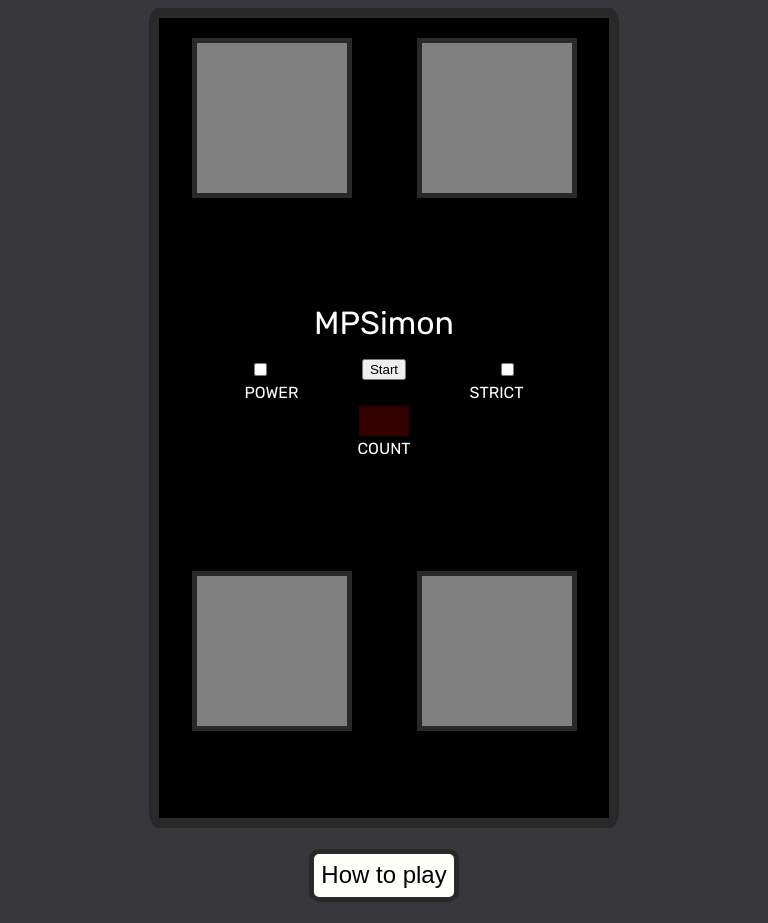
Repository: Neilfoster/MPSimon
Page: index.html
The author's editor kept a record of every edit. The page is drawn from the files as they stood at one moment, then again after the next edit.
The browser window is 768 px wide. The pictures show the whole page.

Above is the page before.

### index.html
<!DOCTYPE html>

<html>

<head>
    <meta charset="UTF-8">
    <meta http-equiv="X-UA-Compatible" content="IE=edge,chrome=1">
    <meta name="viewport" content="width=device-width,initial-scale=1">
    <link href="https://fonts.googleapis.com/css?family=Rubik&display=swap" rel="stylesheet">
    <title>MPSimon</title>
    <link rel="stylesheet" href="css/style.css">
    <audio id="clip1">
      <source src="audio/hat.mp3"></source>
    </audio>
    <audio id="clip2">
      <source src="audio/kick.mp3"></source>
    </audio>
    <audio id="clip3">
      <source src="audio/snare1.mp3"></source>
    </audio>
    <audio id="clip4">
      <source src="audio/snare2.mp3"></source>
    </audio>
</head>

<body>
    <div class="header">
        <h2 class="head-title">MPSimon</h2>
        <p>The MPSimon game is a take on the Simon game and the iconic MPC drum
        machine in which players must repeat random sequences of lights and drum
        samples by pressing the drum pads in the correct order. It's fast-paced
        play, with lights and sounds that can challenge you. </p>
    </div>
    <div id="outer-box">
        <div id="top-row">
            <div id="top-left"></div>
            <div id="top-right"></div>
        </div>
        <div id="inner-box">
            <div id="title" class="text-effect">MPSimon</div>
            <div id="switches">
                <input type="checkbox" class="toggle" id="on">
                <button type="button" id="start">Start</button>
                <input type="checkbox" class="toggle" id="strict">
            </div>
            <div class="text1">
                <span>POWER</span>
                <span>STRICT</span>
            </div>
            <div id="turn"></div>
            <div class="text2">
                COUNT
            </div>
        </div>
        <div id="bottom-row">
            <div id="bottom-left"></div>
            <div id="bottom-right"></div>
        </div>
    </div>

    <div class="rules">
        <button id="modalBtn" class="button">How to play</button>
        <div id="ruleModal" class="modal">
            <div class="modal-content">
                <div class="modal-header">
                    <span class="closeBtn">&times;</span>
                    <h2>How To Play</h2>
                </div>
                <div class="modal-body">
                    <ul>
                        <li>Turn the game on by selecting the power button and then pressing start.</li>
                        <li>MPSimon will give the first signal.</li>
                        <li>Repeat the signal by pressing the same pad.</li>
                        <li>MPSIMON will duplicate the first sound and will add one.</li>
                        <li>Repeat these two sounds by pressing the same pads.</li>
                        <li>MPSIMON will duplicate these first two sounds and add one.</li>
                        <li>Continue in this manner as long as you can repeat each sequence of sound correctly.</li>
                        <li>If you cannot repeat the sequence correctly , MPSIMON will repeat the sequence again until you can.</li>
                        <li>Selecting STRICT mode resets the pattern to the beginning if you get the sequence wrong.</li>
                        <li>To win the game repeat the sequence until it reaches 20 consecutive sounds.</li>
                    </ul>
                </div>
            </div>
        </div>
    </div>
    <script src="js/index.js"></script>
</body>

</html>

### css/style.css
body {
  color:white;
  font-family: 'Rubik', sans-serif;
  line-height: 1.6;
  /*background-image: url("../images/image-2.jpg");*/
  background-color:#37373c;
  background-position: center;
  background-repeat: no-repeat;
  background-size: cover;
}
.header{
  margin:2% 20%;
  padding: 0 5% 1% 5% ;
  border-radius: 10px;
  background: rgba(0,0,0,0.7);
}
.head-title{
  text-align:center;
  font-size:2rem;
  font-family: 'Rubik', sans-serif;
}
#outer-box {
  border: 10px solid #292929 ;
  border-radius: 2%;
  height:550px;
  width:550px;
  margin: auto;
  background-color: black
}
#top-row{
  display: flex;
  flex-direction: row;
  justify-content: space-around;
  margin-top:20px;
}
#bottom-row{
  display: flex;
  flex-direction: row;
  justify-content: space-around;
  margin-top:20px;
}
#inner-box{
  display: flex;
  flex-direction: column;
  justify-content: center;
}
#switches{
  display: flex;
  flex-direction: row;
  justify-content: center;
  }
#top-left {
  border:5px solid #292929;
  height:150px;
  width: 150px;
  background-color: grey;
}
#top-right {
  border: 5px solid #292929;
  height:150px;
  width: 150px;
  background-color: grey;
}
#bottom-left {
  border:5px solid #292929;
  height:150px;
  width: 150px;
  background-color: grey;
}
#bottom-right {
  border: 5px solid #292929;
  height:150px;
  width: 150px;
  background-color: grey;
}
#title {
  display: flex;
  flex-direction: row;
  justify-content: center;
  font-size: 2rem;
  padding: 10px 5px;
}
#turn {
  background: #330000;
  color: red;
  font-family: courier;
  font-size: 20px;
  height: 30px;
  width: 50px;
  text-align: center;
  vertical-align: middle;
  line-height: 30px;
  margin: auto;
}
.toggle {
  margin: auto;
}
.text1 {
  margin: 0;
  display: flex;
  flex-direction: row;
  justify-content: space-around;
  align-items: baseline;
}
.text2 {
  margin: auto;
}
.rules {
  padding: 0px 20px;
}

/*Button*/
.button {
  background-color:#fffffc;
 margin: 3% auto;
  font-size: 1.5rem;
  padding:1%;
  color: #000;
  border-radius:10px;
  display: block;
  text-align: center;
  border:5px solid #292929;
  }
.button:hover{
  background:#333;
}

/*modal*/
.modal{
  display: none;
  position: fixed;
  z-index: 1;
  left:0;top:0;
  height: 100%;
  width:100%;
  overflow: auto;
  background-color: rgba(0,0,0,0.7);
}
.modal-content{
  background-color: #f4f4f4;
  margin: 20% auto;
  color:black;
  width:60%;
  box-shadow: 0 5px 8px 0 rgba(0,0,0,0.2),
              0 7px 20px 0 rgba(0,0,0,0.2);
  animation-name: modalopen;
  animation-duration: 1s;
}
.modal-header{
  background:#37373c;
  padding:15px;
  color:#fff;
  text-align: center;
}
.modal-body{
  padding: 10px 20px;
}
.closeBtn{
  color: #fff;
  float:right;
  font-size:30px;
}
.closeBtn:hover,.closeBtn:focus{
  color:#000;
  text-decoration:none;
  cursor:pointer;
}
.rules {
  font-family: 'Merriweather', serif;
  font-size:1.2rem;
  display: block;
}

@keyframes modalopen{
  from{ opacity: 0}
  to {opacity: 1}
}


@media only screen and (max-width: 768px) {
  #outer-box {
  border: 10px solid #292929 ;
  border-radius: 2%;
  height:800px;
  width:450px;
  margin: auto;
  background-color: black
}
#inner-box{
  padding:20% 0;
}
.header {
  display:none;
}
}

### js/index.js
//variables
let order = [] ;
let playerOrder = [] ;
let flash ;
let turn ;
let good ;
let compTurn ;
let intervalID ;
let strict = false ;
let noise = true ;
let on = false ;
let win ;

const turnCounter = document.getElementById("turn");
const topLeft = document.getElementById("top-left");
const topRight = document.getElementById("top-right");
const bottomLeft = document.getElementById("bottom-left");
const bottomRight = document.getElementById("bottom-right");
const strictButton = document.getElementById("strict");
const onButton = document.getElementById("on");
const startButton = document.getElementById("start");
// Strick mode setting
strictButton.addEventListener('click', (event) => {
  if (strictButton.checked == true) {
    strict = true;
  } else {
    strict = false;
  }
});
// Counter
onButton.addEventListener('click', (event) => {
  if (onButton.checked == true) {
    on = true;
    turnCounter.innerHTML = "-";
  } else {
    on = false;
    turnCounter.innerHTML = "";
    clearColor();
    clearInterval(intervalId);
  }
});
//Start Button
startButton.addEventListener('click', (event) => {
  if (on || win) {
    play();
  }
});
// Gameplay function
function play() {
  win = false;
  order = [];
  playerOrder = [];
  flash = 0;
  intervalId = 0;
  turn = 1;
  turnCounter.innerHTML = 1;
  good = true;
  for (var i = 0; i < 20; i++) {
    order.push(Math.floor(Math.random() * 4) + 1);
  }
  compTurn = true;
  intervalId = setInterval(gameTurn, 800);
}

function gameTurn() {
  on = false;

  if (flash == turn) {
    clearInterval(intervalId);
    compTurn = false;
    clearColor();
    on = true;
  }

  if (compTurn) {
    clearColor();
    setTimeout(() => {
      if (order[flash] == 1) one();
      if (order[flash] == 2) two();
      if (order[flash] == 3) three();
      if (order[flash] == 4) four();
      flash++;
    }, 200);
  }
}
//pads
function one (){
  if (noise) {
    let audio = document.getElementById('clip1');
    audio.play();
  }
  noise = true;
  topLeft.style.backgroundColor = "#63a785";
}

function two (){
  if (noise) {
    let audio = document.getElementById('clip2');
    audio.play();
  }
  noise = true;
  topRight.style.backgroundColor = "#a76b6b";
}

function three (){
  if (noise) {
    let audio = document.getElementById('clip3');
    audio.play();
  }
  noise = true;
  bottomLeft.style.backgroundColor = "#9da76b";
}

function four (){
  if (noise) {
    let audio = document.getElementById('clip4');
    audio.play();
  }
  noise = true;
  bottomRight.style.backgroundColor = "#6c6ba7";
}

 function clearColor() {
   topLeft.style.backgroundColor = "grey";
   topRight.style.backgroundColor = "grey";
   bottomRight.style.backgroundColor = "grey";
   bottomLeft.style.backgroundColor = "grey";
}
function flashColor() {
  topLeft.style.backgroundColor = "#63a785";
  topRight.style.backgroundColor = "#a76b6b";
  bottomRight.style.backgroundColor = "#9da76b";
  bottomLeft.style.backgroundColor = "#6c6ba7";
}
//Clear flash on pads
topLeft.addEventListener('click', (event) => {
  if (on) {
    playerOrder.push(1);
    check();
    one();
    if(!win) {
      setTimeout(() => {
        clearColor();
      }, 300);
    }
  }
})

topRight.addEventListener('click', (event) => {
  if (on) {
    playerOrder.push(2);
    check();
    two();
    if(!win) {
      setTimeout(() => {
        clearColor();
      }, 300);
    }
  }
})

bottomLeft.addEventListener('click', (event) => {
  if (on) {
    playerOrder.push(3);
    check();
    three();
    if(!win) {
      setTimeout(() => {
        clearColor();
      }, 300);
    }
  }
})

bottomRight.addEventListener('click', (event) => {
  if (on) {
    playerOrder.push(4);
    check();
    four();
    if(!win) {
      setTimeout(() => {
        clearColor();
      }, 300);
    }
  }
})
// Function to check if order correct
function check() {
  if (playerOrder[playerOrder.length - 1] !== order[playerOrder.length - 1])
    good = false;

  if (playerOrder.length ==20 && good) {
    winGame();
  }

  if (good == false) {
    flashColor();
    turnCounter.innerHTML = "NO!";
    setTimeout(() => {
      turnCounter.innerHTML = turn;
      clearColor();
// Strict mode
      if (strict) {
        play();
      } else {
        compTurn = true;
        flash = 0;
        playerOrder = [];
        good = true;
        intervalId = setInterval(gameTurn, 800);
      }
    }, 800);

    noise = false;
  }

  if (turn == playerOrder.length && good && !win) {
    turn++;
    playerOrder = [];
    compTurn = true;
    flash = 0;
    turnCounter.innerHTML = turn;
    intervalId = setInterval(gameTurn, 800);
  }

}
// Function for winning game
function winGame() {
  flashColor();
  turnCounter.innerHTML = "WIN!";
  on = false;
  win = true;
}

////Modal

// Get Modal Element
let modal = document.getElementById("ruleModal");
// Get open modal button
let modalBtn = document.getElementById("modalBtn");
// get close button
let closeBtn = document.getElementsByClassName("closeBtn")[0];

//Listen for  open click
modalBtn.addEventListener('click',openModal);
//Listen for close click
closeBtn.addEventListener('click',closeModal);
//Listen for outside click
window.addEventListener('click', clickOutside)
// Function to open modal
function openModal(){
  modal.style.display = 'block' ;
}
// Function to close modal
function closeModal(){
  modal.style.display = 'none' ;
}
// Function to close modal if outside click
function clickOutside(e){
  if(e.target == modal){
  modal.style.display = 'none' ;
  }
}

After the next edit:
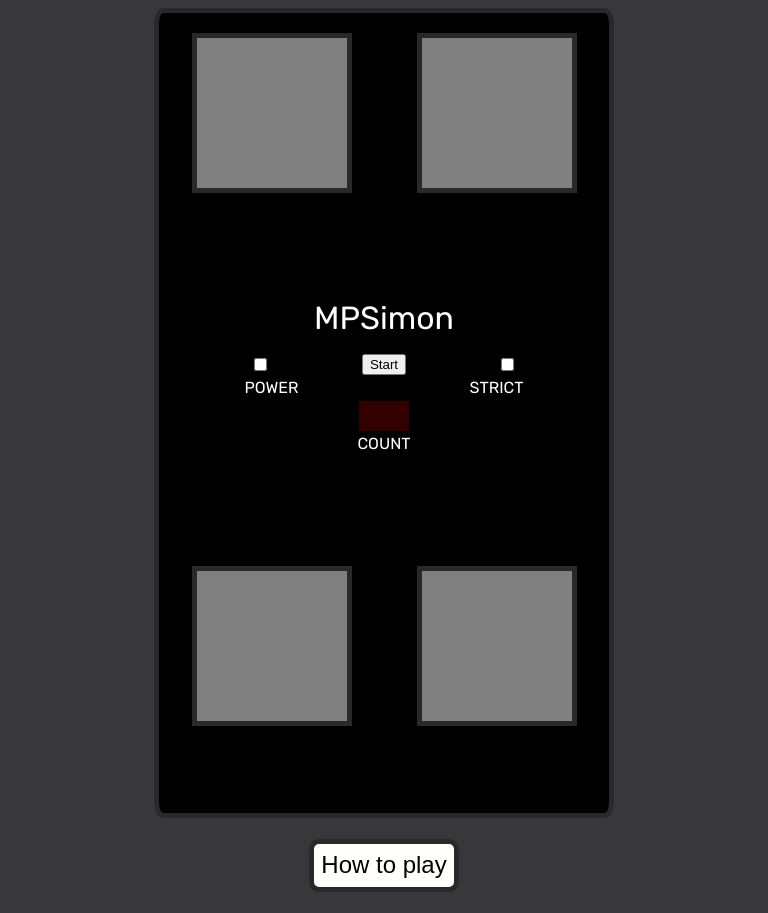
The edit:
--- a/css/style.css
+++ b/css/style.css
@@ -179,7 +179,7 @@
 
 @media only screen and (max-width: 768px) {
   #outer-box {
-  border: 10px solid #292929 ;
+  border: 5px solid #292929 ;
   border-radius: 2%;
   height:800px;
   width:450px;
